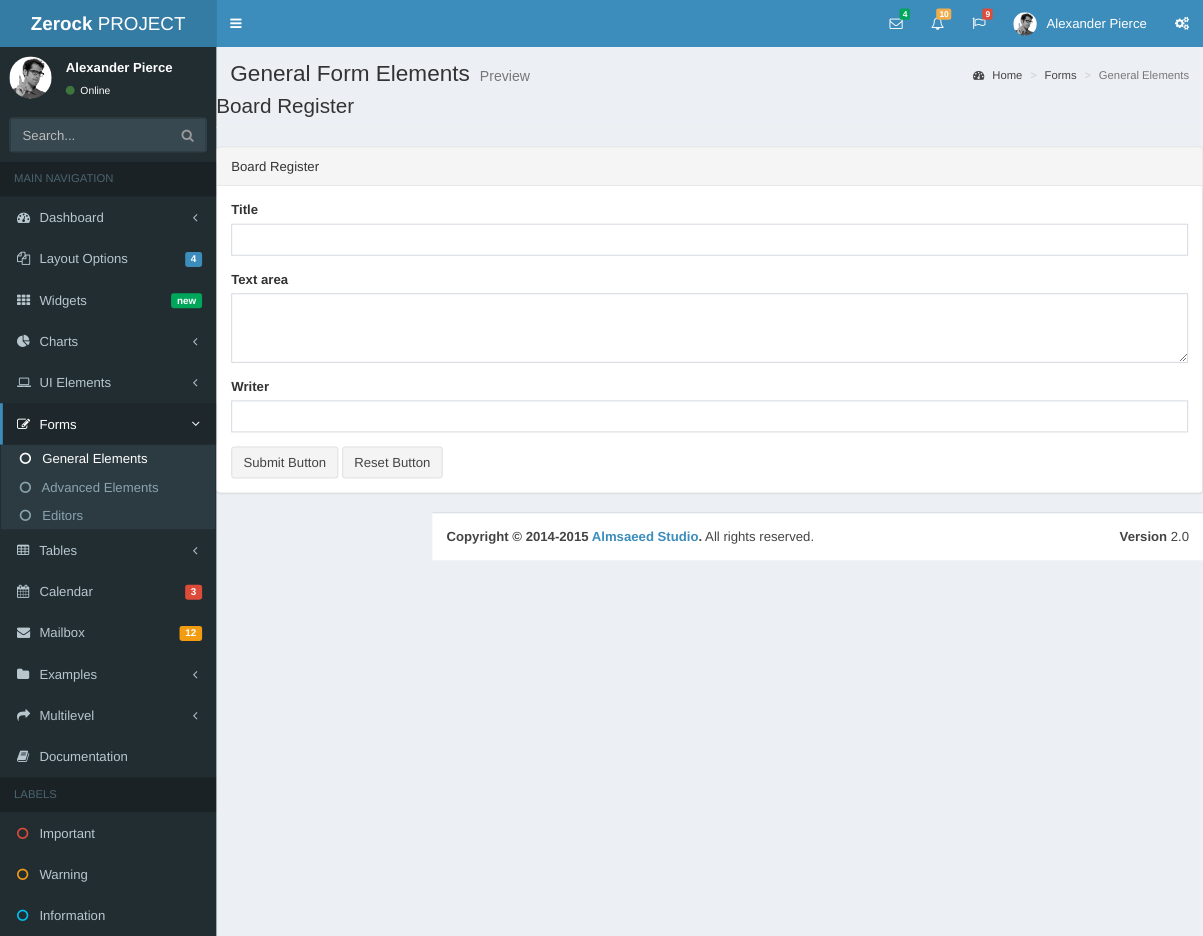
Repository: letzbegin/Study
Page: http://localhost/ex01/WEB-INF/views/board/success.jsp
An editor plug-in stored every save of this project. The page is shown before and after a run of saves, followed by the edit.
The browser window is 1280 px wide. The pictures show the whole page, at 94% of full size.
Some web fonts or font styles are not loaded; a fallback is used. Some web libraries are served in a nearby version. The page is served by Tomcat 9. Nobody is signed in. The template is opened directly, without the code that normally fills it, so the values that code supplies are empty.

Above is the page before, as saved 2018-09-26 12:22:25.

After the next 3 saves:
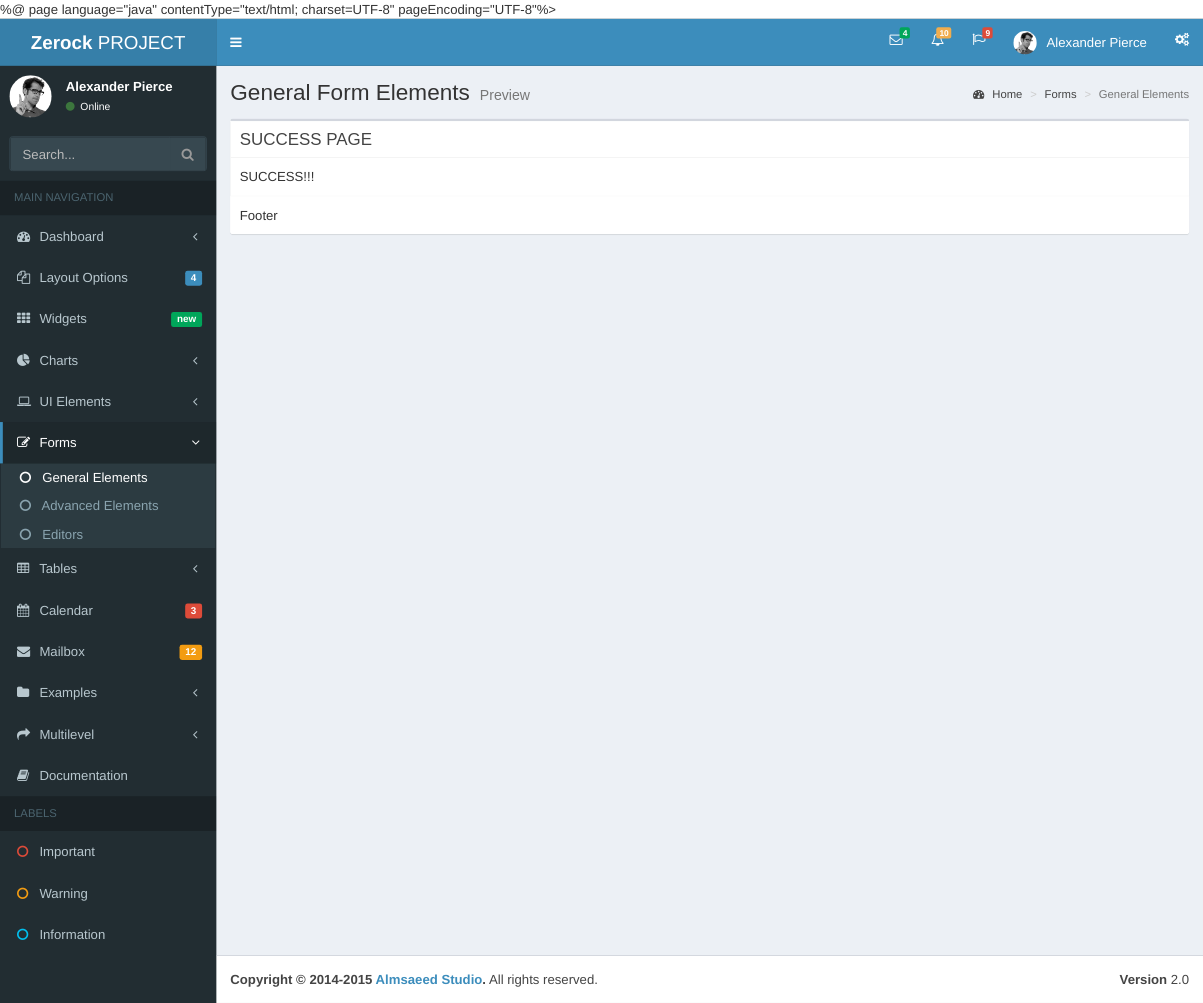
The 3 saves are shown as one change because they came seconds apart.
The last was saved 5 min 49 s later.
--- a/Web_project/ex01/src/main/webapp/WEB-INF/views/board/success.jsp
+++ b/Web_project/ex01/src/main/webapp/WEB-INF/views/board/success.jsp
@@ -1,51 +1,32 @@
-<%@ page language="java" contentType="text/html; charset=UTF-8"
-  pageEncoding="UTF-8"%>
-<%@ taglib uri="http://java.sun.com/jsp/jstl/core" prefix="c"%>
-<%@ taglib uri="http://java.sun.com/jsp/jstl/fmt" prefix="fmt"%>
-<%@ include file="../include/header.jsp"%>
+%@ page language="java" contentType="text/html; charset=UTF-8"
+    pageEncoding="UTF-8"%>
 
+<%@include file="../include/header.jsp"%>
 
-<div class="row">
-  <div class="col-lg-12">
-    <h1 class="page-header">Board Register</h1>
-  </div>
-  <!-- /.col-lg-12 -->
+<!-- Main content -->
+<section class="content">
+	<div class="row">
+<!-- left column -->
+<div class="col-md-12">
+	<!-- general form elements -->
+
+	<div class="box">
+		<div class="box-header with-border">
+			<h3 class="box-title">SUCCESS PAGE</h3>
+		</div>
+		<div class="box-body">SUCCESS!!!</div>
+		<!-- /.box-body -->
+		<div class="box-footer">Footer</div>
+		<!-- /.box-footer-->
+	</div>
 </div>
-<!-- /.row -->
+<!--/.col (left) -->
 
-<div class="row">
-  <div class="col-lg-12">
-    <div class="panel panel-default">
+	</div>
+	<!-- /.row -->
+</section>
+<!-- /.content -->
+</div>
+<!-- /.content-wrapper -->
 
-      <div class="panel-heading">Board Register</div>
-      <!-- /.panel-heading -->
-      <div class="panel-body">
-
-        <form role="form" method="post">
-          <div class="form-group">
-            <label>Title</label> <input class="form-control" name='title'>
-          </div>
-
-          <div class="form-group">
-            <label>Text area</label>
-            <textarea class="form-control" rows="3" name='content'></textarea>
-          </div>
-
-          <div class="form-group">
-            <label>Writer</label> <input class="form-control" name='writer'>
-          </div>
-          <button type="submit" class="btn btn-default">Submit
-            Button</button>
-          <button type="reset" class="btn btn-default">Reset Button</button>
-        </form>
-
-      </div>
-      <!--  end panel-body -->
-
-    </div>
-    <!--  end panel-body -->
-  </div>
-  <!-- end panel -->
-</div>
-<!-- /.row -->
 <%@include file="../include/footer.jsp"%>
